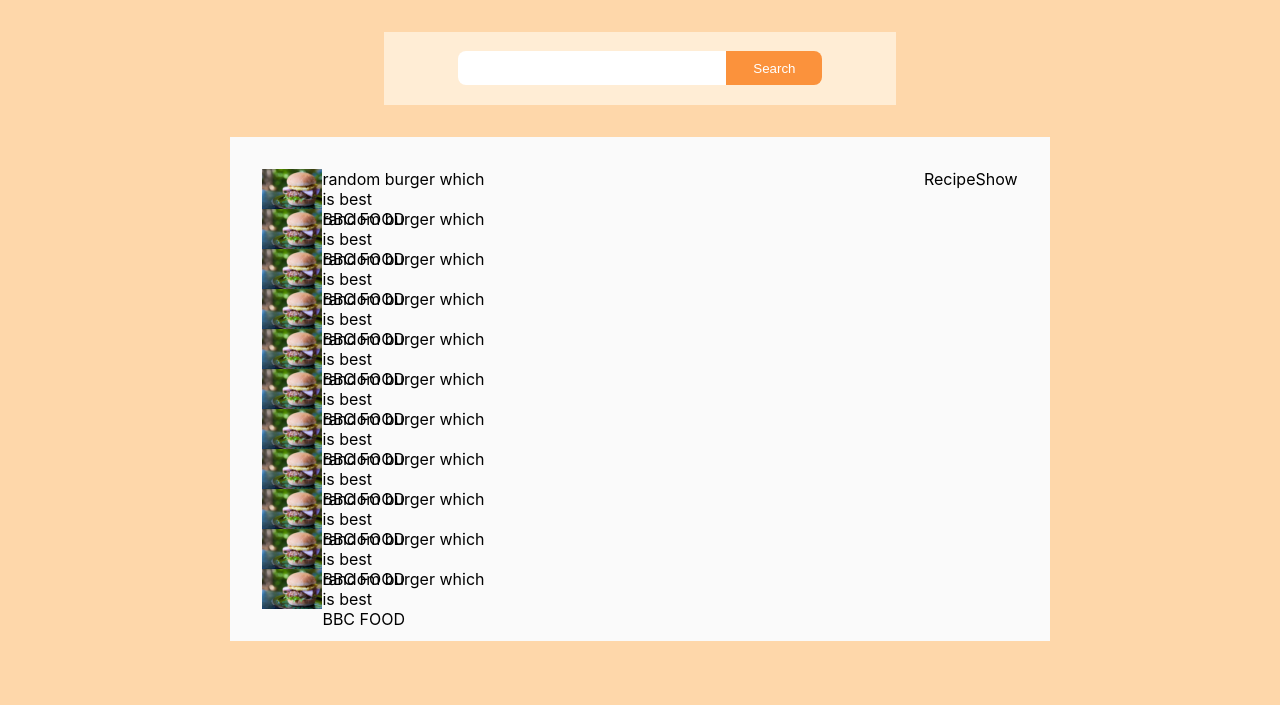
Repository: sandipkarmokar/recipeApp
Page: /
These files come from the project's save history. The page is drawn as it stood at one moment and after the next save; the edit follows.
The browser window is 1280 px wide. The pictures show the whole page.
The project was rebuilt for these pictures with package versions that can differ from the ones it lists, and the page was loaded fresh each time.

Above is the page before, as saved 2022-04-16 12:14:58.

### src/App.js
import { useState } from 'react';
import './App.css';
import SearchBar from './components/searchBar';
import ListView from './components/listView';
import RecipeShow from './components/recipeShow';

const App = () => {
    const [query, setQuery] = useState('');
    const [recipeList, setRecipeList] = useState([]);
    const [isLoading, setIsLoading] = useState(true);
    const [recipeId, setRecipeId] = useState('');

    const url = `https://forkify-api.herokuapp.com/api/search?q=${query}`;
    const recipeUrl = `https://forkify-api.herokuapp.com/api/get?rId=${recipeId}`;

    return (
        <div className="app">
            <div className="app-container">
                <SearchBar></SearchBar>
                <div className="recipe-modal">
                    <ListView></ListView>
                    <RecipeShow></RecipeShow>
                </div>
            </div>
        </div>
    );
};

export default App;

### src/App.css
* {
    margin: 0;
    padding: 0;
    box-sizing: border-box;
}

.app {
    height: 100%;
    width: 100vw;
    background-color: #fed7aa;
}

.app .app-container {
    margin: 0 auto;
    width: 80%;
    padding: 2rem 0;
    display: flex;
    justify-content: center;
    flex-direction: column;
}

.app .app-container .searchBar {
    width: 50%;
    background-color: #ffedd5;
    padding: 1.2rem 1rem;
    margin: 0 auto;
    width: 50%;
    display: flex;
    justify-content: center;
}
.app .app-container .searchBar .searchBar-container {
    width: 80%;
    margin: 0 auto;
    display: flex;
    justify-content: center;
}
.app .app-container .searchBar .searchBar-container input {
    width: 70%;
    padding: 0.4rem 1rem;
    border: none;
    border-radius: 0.5rem 0 0 0.5rem;
}

.app .app-container .searchBar .searchBar-container button {
    width: 25%;
    padding: 0.6rem 1rem;
    background-color: #fb923c;
    border: none;
    color: #fff;
    border-radius: 0 0.5rem 0.5rem 0;
}

.app .app-container .recipe-modal {
    width: 80%;
    background-color: #fafafa;
    margin: 2rem auto;
    display: flex;
    justify-content: space-between;
    padding: 2rem;
}

.app .app-container .recipe-modal .recipeList {
    width: 30%;
}

.app
    .app-container
    .recipe-modal
    .recipeList
    .recipeList-container
    .recipe-item {
    display: flex;
}
.app
    .app-container
    .recipe-modal
    .recipeList
    .recipeList-container
    .recipe-item
    img {
    height: 40px;
}
.app
    .app-container
    .recipe-modal
    .recipeList
    .recipeList-container
    .recipe-item
    .info {
    height: 40px;
}

### src/components/searchBar.js
import React from 'react';

const SearchBar = () => {
    return (
        <div className="searchBar">
            <form className="searchBar-container">
                <input type="text" />
                <button type="submit">Search</button>
            </form>
        </div>
    );
};

export default SearchBar;

### src/components/listView.js
import React from 'react';
import data from './data';

const ListView = () => {
    return (
        <div className="recipeList">
            <div className="recipeList-container">
                {data.map((el) => {
                    console.log(data);
                    return (
                        <div className="recipe-item">
                            <img src={el.img} alt="" />
                            <div className="info">
                                <p className="title">{el.title}</p>
                                <p className="publisher">{el.publisher}</p>
                            </div>
                        </div>
                    );
                })}
            </div>
        </div>
    );
};

export default ListView;

### src/components/recipeShow.js
import React from 'react';

const RecipeShow = () => {
    return <div>RecipeShow</div>;
};

export default RecipeShow;

### src/components/data.js
import image from '../components/food.jpg';

const data = [
    {
        id: 1,
        img: image,
        title: 'random burger which is best',
        publisher: 'BBC FOOD',
    },
    {
        id: 1,
        img: image,
        title: 'random burger which is best',
        publisher: 'BBC FOOD',
    },
    {
        id: 1,
        img: image,
        title: 'random burger which is best',
        publisher: 'BBC FOOD',
    },
    {
        id: 1,
        img: image,
        title: 'random burger which is best',
        publisher: 'BBC FOOD',
    },
    {
        id: 1,
        img: image,
        title: 'random burger which is best',
        publisher: 'BBC FOOD',
    },
    {
        id: 1,
        img: image,
        title: 'random burger which is best',
        publisher: 'BBC FOOD',
    },
    {
        id: 1,
        img: image,
        title: 'random burger which is best',
        publisher: 'BBC FOOD',
    },
    {
        id: 1,
        img: image,
        title: 'random burger which is best',
        publisher: 'BBC FOOD',
    },
    {
        id: 1,
        img: image,
        title: 'random burger which is best',
        publisher: 'BBC FOOD',
    },
    {
        id: 1,
        img: image,
        title: 'random burger which is best',
        publisher: 'BBC FOOD',
    },
    {
        id: 1,
        img: image,
        title: 'random burger which is best',
        publisher: 'BBC FOOD',
    },
];

export default data;

Loaded but not shown: public/index.html (common file); src/index.js (common file); src/index.css (common file); src/reportWebVitals.js (common file)

After the next save:
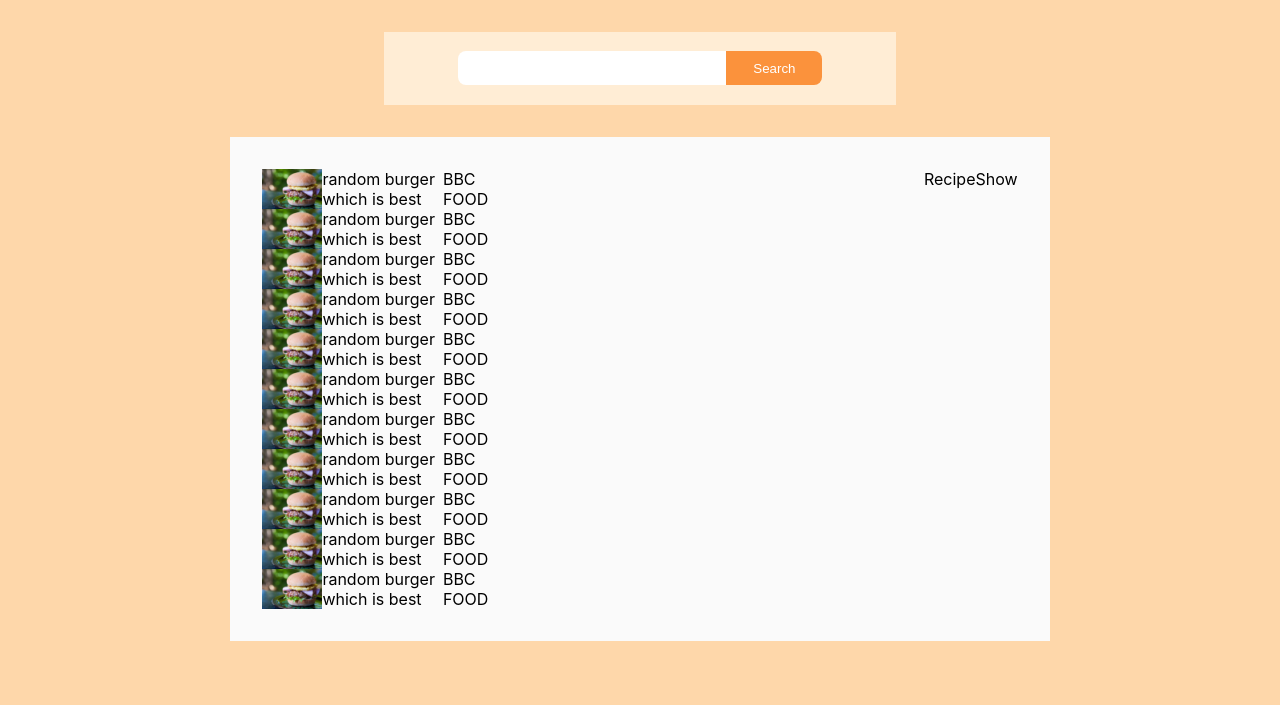
Saved 21 s later.
--- a/src/App.css
+++ b/src/App.css
@@ -87,5 +87,6 @@
     .recipeList-container
     .recipe-item
     .info {
-    height: 40px;
+    display: flex;
+    flex-direction: row;
 }
